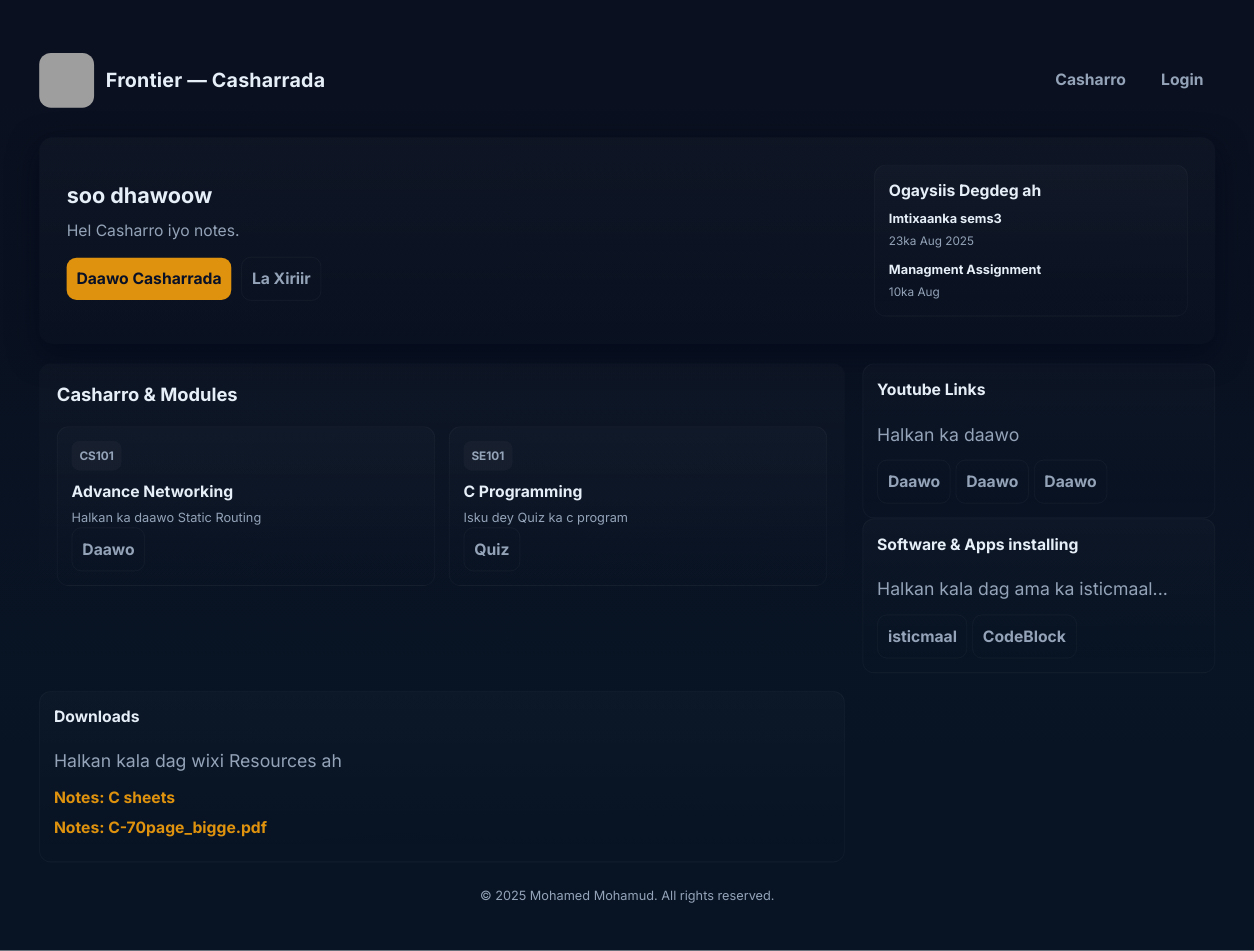
Repository: mrfiiqane/Al-Tacaawun.com
Page: index.html
The author's editor kept a copy of each file at every save. The page is drawn from the files as they stood at one save, then again after the next save.
The browser window is 1280 px wide. The pictures show the whole page, at 98% of full size.
Pictures or frames that could not be fetched are drawn as grey boxes.

Above is the page before, as saved 2025-08-12 09:08:39.

### index.html
<!doctype html>
<html lang="en">
<head>
  <meta charset="utf-8" />
  <meta name="viewport" content="width=device-width,initial-scale=1" />
  <title>Jaamacadda — Casharrada</title>
  <link rel="stylesheet" href="./style.css">

  <!-- Google Font (optional) -->
  <link href="https://fonts.googleapis.com/css2?family=Inter:wght@300;400;600;700&display=swap" rel="stylesheet">

</head>
<body>
  <div class="wrap">

    <header>
      <div class="brand">
        <div class="logo"></div>
        <div>
          <h1 class="site-title">Frontier — Casharrada</h1>
        </div>
      </div>

      <nav aria-label="Primary">
        <a href="#courses">Casharro</a>
        <a href="./Singin.html">Login</a>
      </nav>
    </header>

    <section class="hero">
      <div class="hero-left">

        <h2>soo dhawoow</h2>
        <p>Hel Casharro iyo notes.</p>

        <div class="cta-row">
          <a class="btn" href="#courses">Daawo Casharrada</a>
          <a class="btn secondary" href="#contact">La Xiriir</a>
        </div>
      </div>

      <div class="hero-right card">
        <h4 style="margin:0 0 8px 0">Ogaysiis Degdeg ah</h4>
        <ul class="ann-list">
          <li class="ann"><div><b>Imtixaanka sems3</b><small> 23ka Aug 2025</small></div></li>
          <li class="ann"><div><b>Managment Assignment</b><small> 10ka Aug</small></div></li>
        </ul>
      </div>
    </section>

    <div class="grid">
      <main>
        <!-- Courses -->
        <div id="courses" class="section">
          <h3 style="margin-top:0">Casharro & Modules</h3>
          <div class="courses">
            <article class="course">
              <span class="code">CS101</span>
              <h3>Advance Networking</h3>
              <p>Halkan ka daawo Static Routing</p>
              <a class="btn secondary" href="https://youtu.be/i_kWL7zncr0?si=UCBDJ3CswC6rXT9E" >Daawo</a>
            </article>
            <article class="course">
              <span class="code">SE101</span>
              <h3>C Programming</h3>
              <p>Isku dey Quiz ka c program</p>
              <a class="btn secondary" href="https://quiz-with-c.vercel.app/" >Quiz</a>
            </article>



          </div>
        </div>



      </main>

      <!-- Sidebar -->
      <aside>
        <div class="card">
          <h4 style="margin-top:0">Youtube Links</h4>
          <p class="site-sub">Halkan ka daawo</p>
          <ul style="margin:12px 0 0 0; padding:0; list-style:none;">
            <a class="btn secondary" href="https://youtu.be/eYBJgoVVvV4" >Daawo</a>
            <a class="btn secondary" href="https://youtu.be/OuTGAZUUJFI" >Daawo</a>
            <a class="btn secondary" href="https://youtu.be/sqkx3KoNXKo" >Daawo</a>
          </ul>
        </div>
        <div class="card">
          <h4 style="margin-top:0">Software & Apps installing</h4>
          <p class="site-sub">Halkan kala dag ama ka isticmaal...</p>
          <ul style="margin:12px 0 0 0; padding:0; list-style:none;">
            <a class="btn secondary" href="https://www.programiz.com/c-programming/online-compiler/" >isticmaal</a>
            <a class="btn secondary" href="https://sourceforge.net/projects/codeblocks/files/Binaries/25.03/Windows/codeblocks-25.03mingw-setup.exe/download" >CodeBlock</a>

          </ul>
        </div>

      </aside>
      <aside>
        <div class="card">
          <h4 style="margin-top:0">Downloads</h4>
          <p class="site-sub">Halkan kala dag wixi Resources ah</p>
          <ul style="margin:12px 0 0 0; padding:0; list-style:none;">
            <li style="margin-bottom:8px"><a href="./images/cheat_sheet_c.pdf" download="" style="color:var(--accent); text-decoration:none; font-weight:700">Notes: C sheets</a></li>
            <li style="margin-bottom:8px"><a href="./images/C-70page-begginers.pdf" download="" style="color:var(--accent); text-decoration:none; font-weight:700">Notes: C-70page_bigge.pdf</a></li>
          </ul>
        </div>

      </aside>
    </div>

    <footer>
      © <span id="year"></span> 2025 Mohamed Mohamud. All rights reserved.
    </footer>

  </div>

</body>
</html>

### style.css
:root{
      --bg:#0f1724;
      --card:#0b1220;
      --accent:#f59f0be8;
      --muted:#94a3b8;
      --glass: rgba(255,255,255,0.04);
      --radius:14px;
      --maxw:1200px;
      font-family: "Inter", system-ui, -apple-system, "Segoe UI", Roboto, "Helvetica Neue", Arial;
    }
    *{box-sizing:border-box}
    html,body{
      height:80%
      width:80%
    }
    body{
      margin:0;
      background: linear-gradient(180deg,#0a101f 10%, #081424 80%);
      color:#e6eef8;
      -webkit-font-smoothing:antialiased;
      -moz-osx-font-smoothing:grayscale;  /* //waa maxay */
      line-height:1.45;
      padding:24px;
      display:flex;
      justify-content:center;
    }
    .wrap{
      width:100%;
      max-width:var(--maxw);

    }

    /* Header */
    header{
      display:flex;
      align-items:center;
      justify-content:space-between;
      gap:16px;
      margin: 30px auto;
    }
    .brand{
      display:flex;
      align-items:center;
      gap:12px;
    }
    .logo{
      background-image: url('https://encrypted-tbn0.gstatic.com/images?q=tbn:ANd9GcTuMOF6fEdt8Zlo2HOTVPE4MufJVdZzyfTKlA&s');
      background-size:cover;
      background-position:center;
      background-repeat:no-repeat;
      width:56px;
      height:56px;
      border-radius:12px;
      display:flex;
      align-items:center;
      justify-content:center;
      font-weight:700;
      font-size:20px;
    }
    h1.site-title{
      margin:0;
      font-size:20px;
      letter-spacing:0.2px;
    }
    p.site-sub{ margin:0; color:var(--muted); font-size:18px }

    nav{
      display:flex;
      gap:12px;
      align-items:center;
    }
    nav a{
      color:var(--muted);
      text-decoration:none;
      font-weight:800;
      padding:8px 12px;
      border-radius:10px;
    }
    nav a:hover{ color:#fff; background:var(--glass) }

    /* Hero */
    .hero{
      background: linear-gradient(180deg, rgba(255,255,255,0.02), transparent);
      border-radius: var(--radius);
      padding:28px;
      display:flex;
      gap:24px;
      align-items:center;
      margin-bottom:20px;
      box-shadow: 0 10px 30px rgba(2,6,23,0.6);
    }
    .hero-left{flex:1}
    .hero-right{ width:320px; min-width:220px }
    .hero h2{ margin:0 0 8px 0; font-size:22px }
    .hero p{ margin:0 0 14px 0; color:var(--muted) }

    .cta-row{ display:flex; gap:10px; align-items:center }
    .btn{
      background:var(--accent);
      color:#081028;
      padding:10px;
      border-radius:10px;
      font-weight:700;
      border:none;
      cursor:pointer;
      text-decoration:none;
      display:inline-block;
    }
    .btn.secondary{
      background:transparent;
      color:var(--muted);
      border:1px solid rgba(255,255,255,0.04);
    }

    /* Grid */
    .grid{
      display:grid;
      gap:18px;
      grid-template-columns: 1fr 360px;
    }

    /* Main content */
    main{ background:transparent }
    .section{
      background: linear-gradient(180deg, rgba(255,255,255,0.02), transparent);
      padding:18px;
      border-radius:12px;
      margin-bottom:16px;
    }

    /* Courses */
    .courses{
      display:grid;
      grid-template-columns: repeat(auto-fit,minmax(230px,1fr));
      gap:14px;
    }
    .course{
      background:linear-gradient(180deg, rgba(255,255,255,0.02), transparent);
      padding:14px;
      border-radius:12px;
      border:1px solid rgba(255,255,255,0.03);
      transition:transform .18s ease, box-shadow .18s ease;
    }
    .course:hover{ transform:translateY(-6px); box-shadow:0 12px 30px rgba(2,6,23,0.6) }
    .code{
      display:inline-block;
      background:rgba(255,255,255,0.03);
      padding:6px 8px;
      border-radius:8px;
      color:var(--muted);
      font-weight:700;
      font-size:12px;
    }
    .course h3{ margin:10px 0 6px 0; font-size:16px }
    .course p{ margin:0; color:var(--muted); font-size:13px }

    /* Sidebar cards */
    .card{
      background: linear-gradient(180deg, rgba(255,255,255,0.02), transparent);
      padding:14px;
      border-radius:12px;
      border:1px solid rgba(255,255,255,0.03);
    }
    .ann-list{ list-style:none; margin:0; padding:0; display:flex; flex-direction:column; gap:10px }
    .ann{
      display:flex; gap:10px; align-items:flex-start;
    }
    .ann b{ display:block; font-size:13px }
    .ann small{ color:var(--muted); font-size:12px }

    footer{
      margin:24px; text-align:center; color:var(--muted); font-size:13px;
    }

    /* Responsive */
    @media (max-width:768px){
    header{
      display:block;
      align-items:center;
      justify-content:space-around;
      gap:5px;
      margin-bottom:22px;
    }
    .hero, .grid{
      display: flex;
      flex-direction: column;
    }

    nav{
      gap:5px;
      justify-content: end;
    }
    .btn{
      padding:10px;
    }

    }

After the next save:
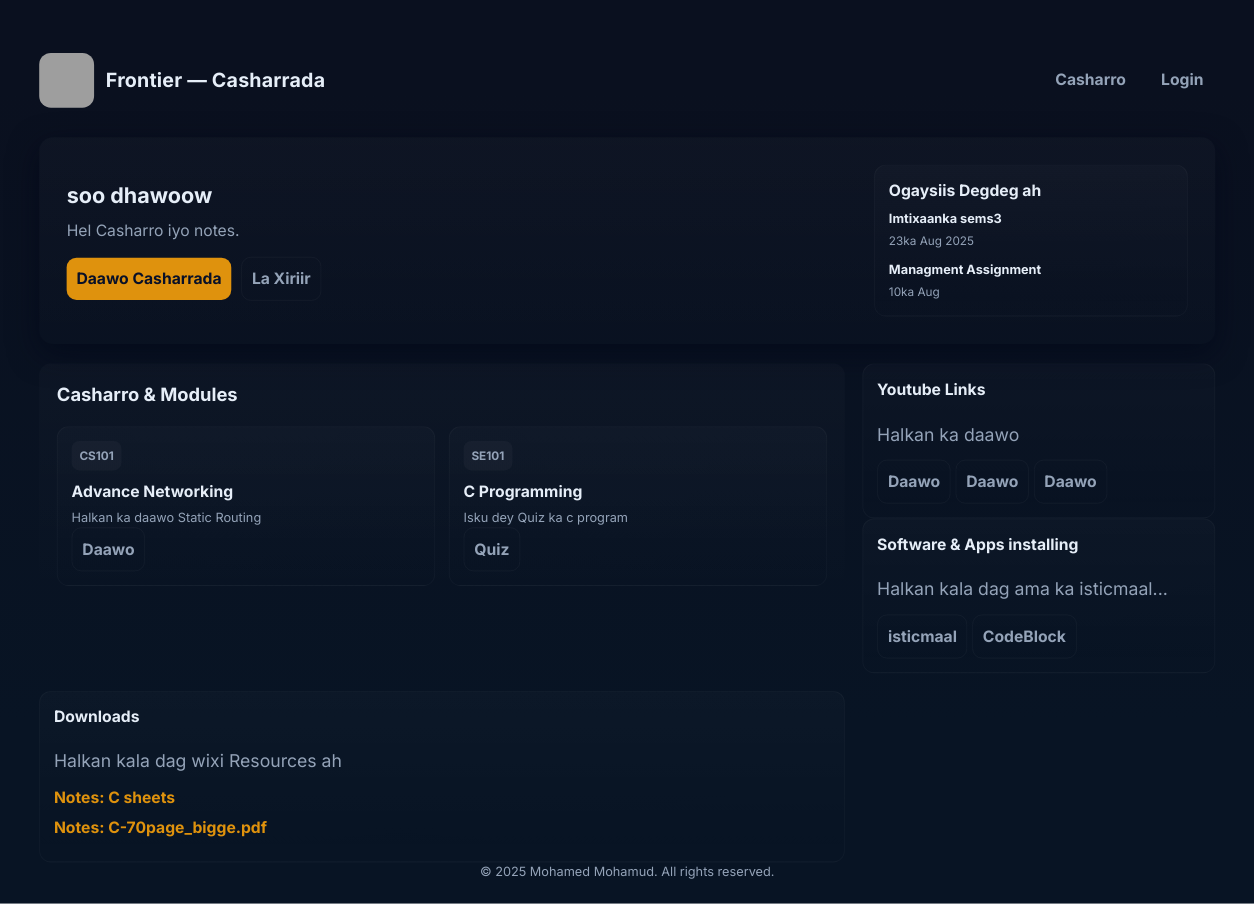
Saved 27 s later.
--- a/style.css
+++ b/style.css
@@ -169,7 +169,7 @@
     .ann small{ color:var(--muted); font-size:12px }
 
     footer{
-      margin:24px; text-align:center; color:var(--muted); font-size:13px;
+      margin:32x; text-align:center; color:var(--muted); font-size:13px;
     }
 
     /* Responsive */
